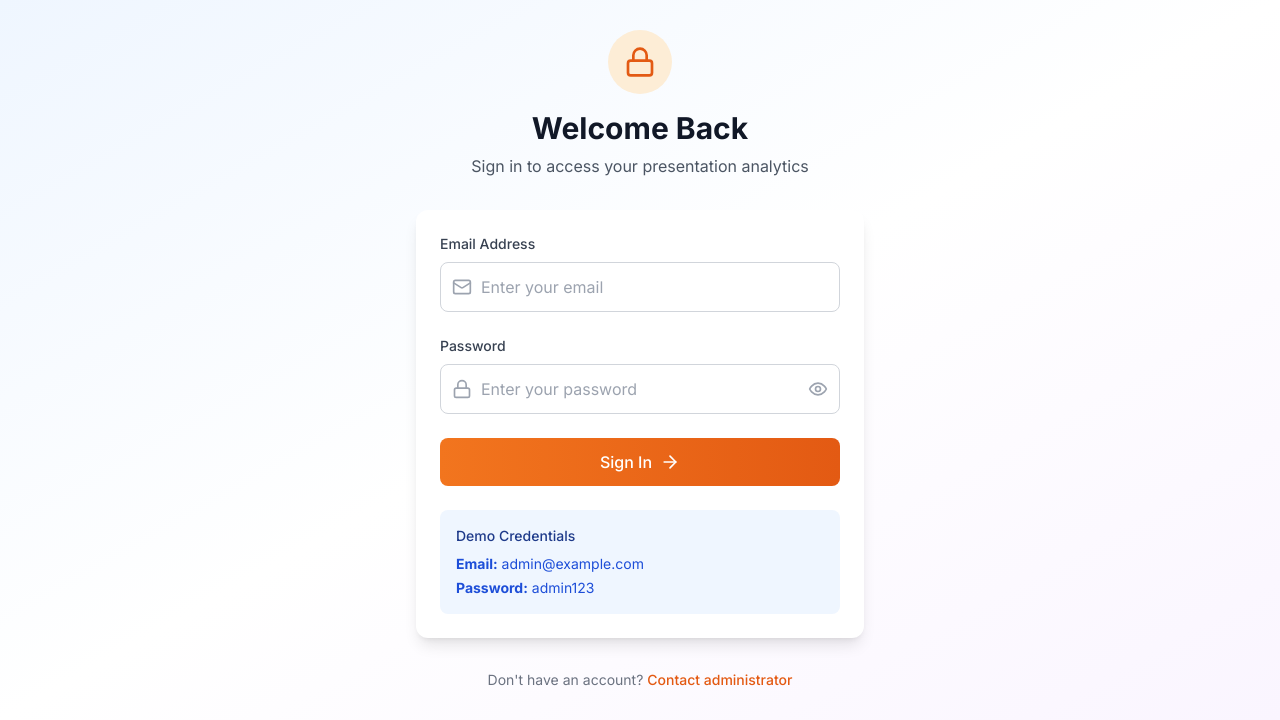
Repository: gsabarinath02/PitchVelo
Page: /login (app in frontend/)
An editor plug-in stored every save of this project. The page is shown before and after the next save, followed by the edit.
The browser window is 1280 px wide. The pictures show the whole page.
The page's requests for data from a server got no answer. The project was rebuilt for these pictures with package versions that can differ from the ones it lists, and the page was loaded fresh each time. The framework's server and built-in components were replaced by stand-ins that run in the browser. No one was signed in, and anything a server would have sent is missing. Also part of the build but not shown: frontend/next.config.js.

Above is the page before, as saved 2025-07-21 09:10:40.

After the next save:
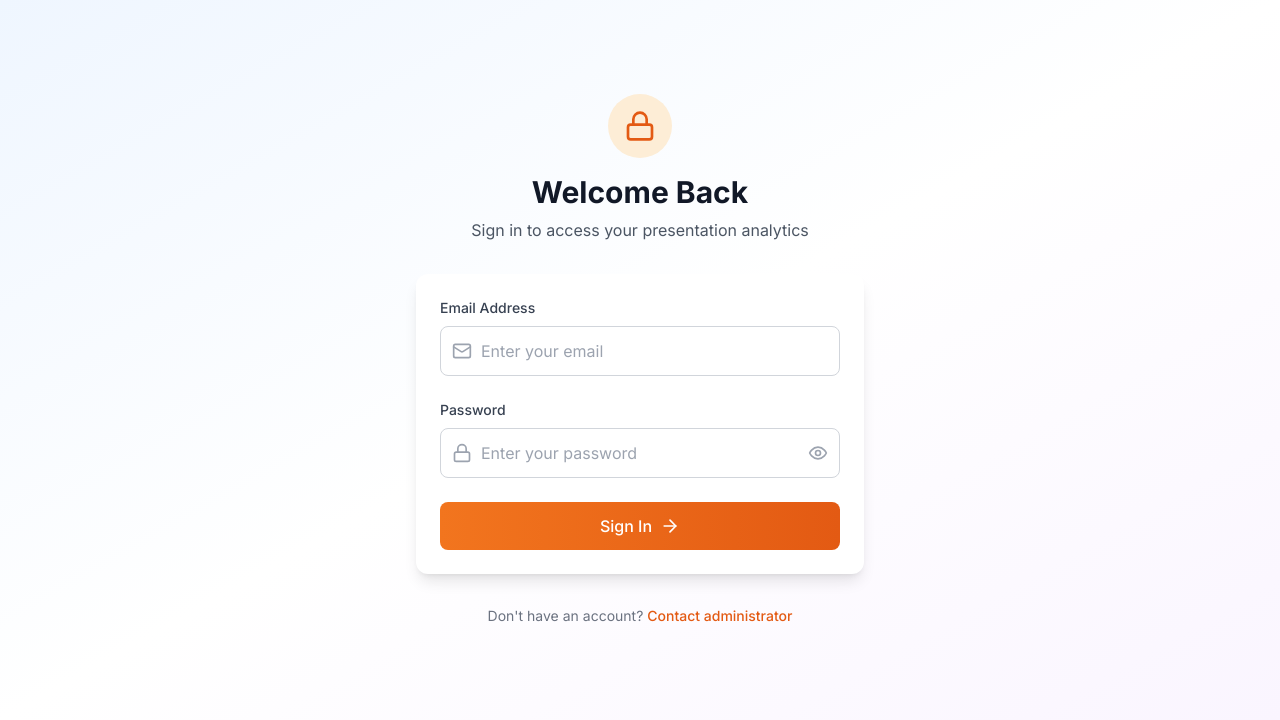
Saved 2 min 14 s later.
--- a/frontend/app/login/page.tsx
+++ b/frontend/app/login/page.tsx
@@ -149,14 +149,7 @@ export default function LoginPage() {
             </button>
           </form>
 
-          {/* Demo Credentials */}
-          <div className="mt-6 p-4 bg-blue-50 rounded-lg">
-            <h3 className="text-sm font-medium text-blue-900 mb-2">Demo Credentials</h3>
-            <div className="text-sm text-blue-700 space-y-1">
-              <p><strong>Email:</strong> admin@example.com</p>
-              <p><strong>Password:</strong> admin123</p>
-            </div>
-          </div>
+
         </motion.div>
 
         {/* Footer */}
